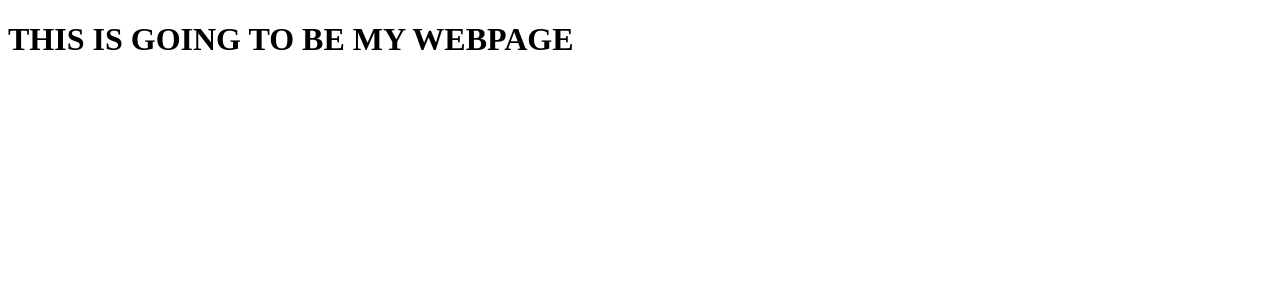
Repository: Kwabena-Kobiri/yellocoders
Page: index.html
The author's editor kept a copy of each file at every save. The page is drawn from the files as they stood at one save, then again after the next save.
The browser window is 1280 px wide. The pictures show the whole page.

Above is the page before, as saved 2021-05-05 17:58:26.

### index.html
<!DOCTYPE html>
<html lang="en">
<head>
    <meta charset="UTF-8">
    <meta http-equiv="X-UA-Compatible" content="IE=edge">
    <meta name="viewport" content="width=device-width, initial-scale=1.0">
    <title>Y'ello</title>
</head>
<body>
    <h1>THIS IS GOING TO BE MY WEBPAGE</h1>
</body>
</html>

Loaded but not shown: index.css (common file)

After the next save:
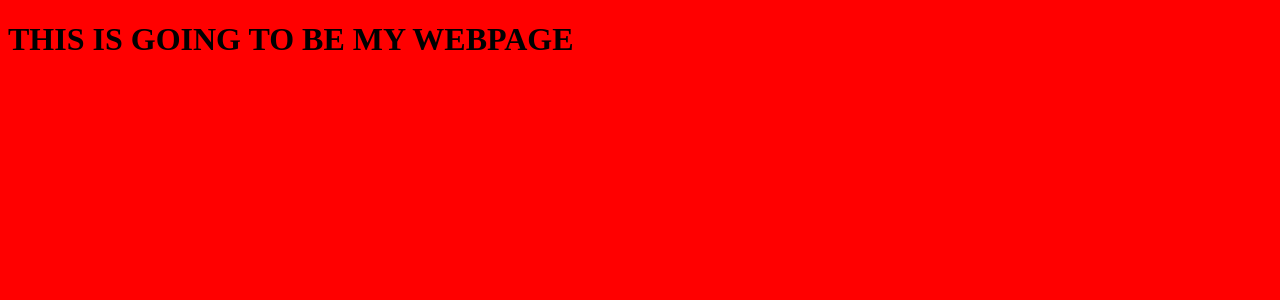
Saved 99 s later.
--- a/index.html
+++ b/index.html
@@ -4,6 +4,7 @@
     <meta charset="UTF-8">
     <meta http-equiv="X-UA-Compatible" content="IE=edge">
     <meta name="viewport" content="width=device-width, initial-scale=1.0">
+    <link rel="stylesheet" href="index.css" />
     <title>Y'ello</title>
 </head>
 <body>
